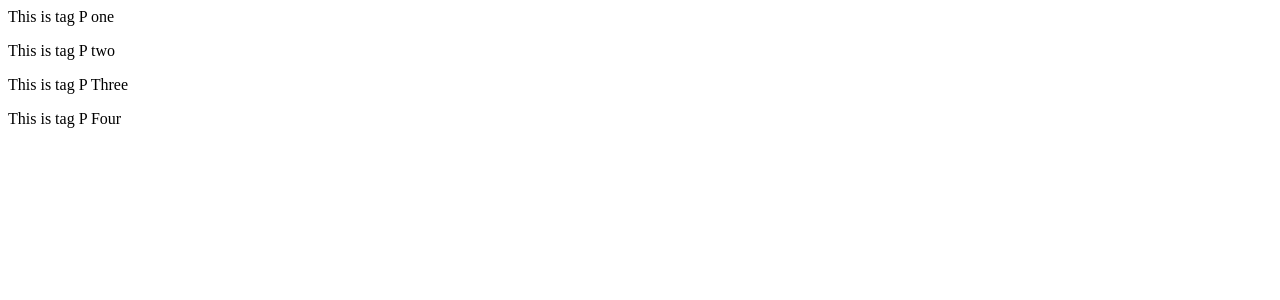
Repository: VDHBK/Learn-JS
Page: JS-Huy/domSelector.html
These files come from the project's save history. The page is drawn as it stood at one moment and after the next save; the edit follows.
The browser window is 1280 px wide. The pictures show the whole page.

Above is the page before, as saved 2020-10-16 00:22:07.

### JS-Huy/domSelector.html
<!-- DOM Selecter -->
<html>
	<head>
	</head>
	<body>
            <p>This is tag P one </p>
            <p>This is tag P two </p>
            <p>This is tag P Three </p>
            <p>This is tag P Four </p>

        <script>
            let tagObject = document.getElementsByTagName("p");

		</script>
	</body>
</html>

After the next save:
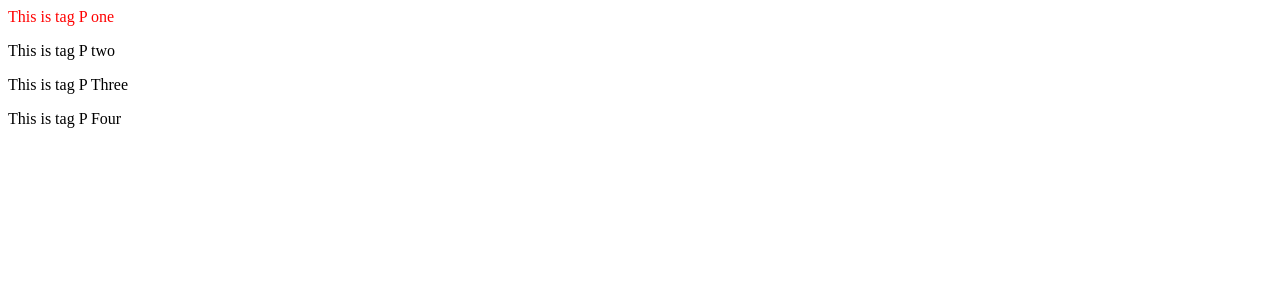
Saved 55 s later.
--- a/JS-Huy/domSelector.html
+++ b/JS-Huy/domSelector.html
@@ -10,6 +10,7 @@
 
         <script>
             let tagObject = document.getElementsByTagName("p");
+            tagObject[0].style.color = "red";
 
 		</script>
 	</body>
